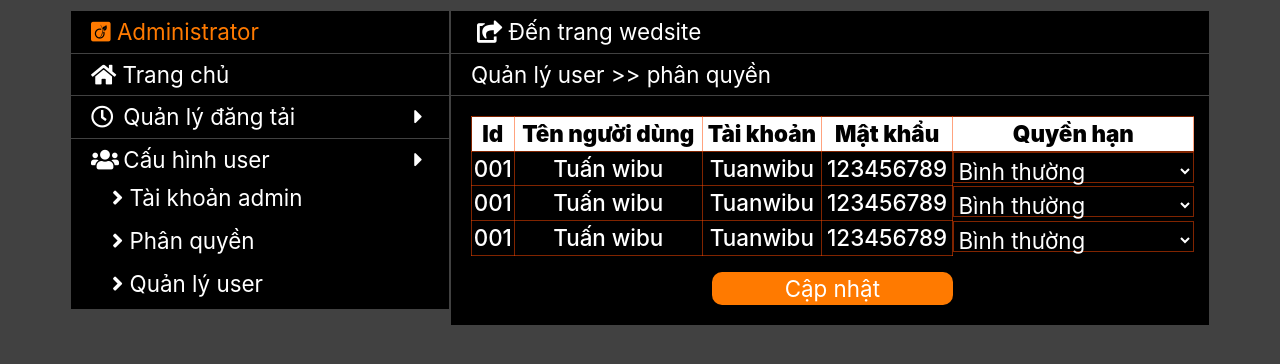
Repository: SonNguyen892002/Lau-Dai-Code
Page: http://localhost/wed-jdbc-1-2023/views/admin/phanquyen.jsp
The author's editor kept a copy of each file at every save. The page is drawn from the files as they stood at one save, then again after the next save.
The browser window is 1280 px wide. The pictures show the whole page.
The page is served by Tomcat 9. Nobody is signed in. The application's start-up code is not run.

Above is the page before, as saved 2022-01-15 11:07:38.
Console error: TypeError: Cannot read properties of null (reading 'classList')

After the next save:
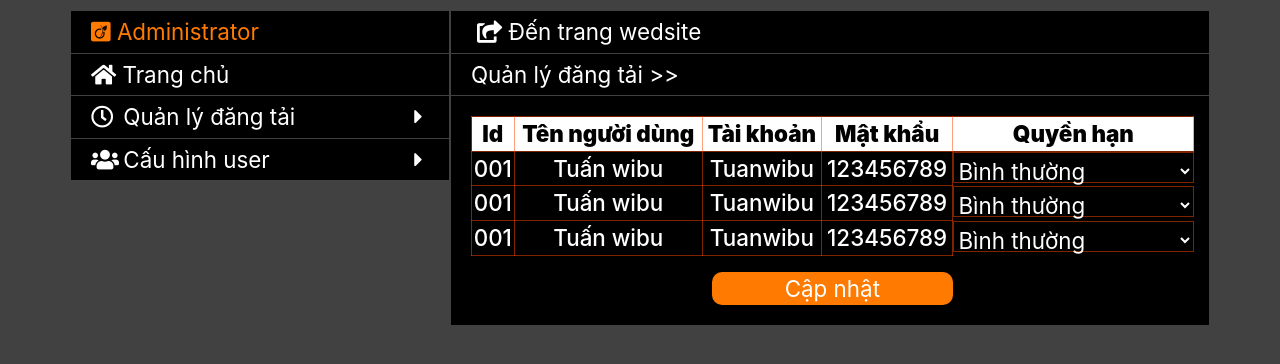
Saved 49 s later.
--- a/workspace/wed-jdbc-1-2023/src/main/webapp/views/admin/phanquyen.jsp
+++ b/workspace/wed-jdbc-1-2023/src/main/webapp/views/admin/phanquyen.jsp
@@ -59,12 +59,12 @@
 
 <script>
 	const btnA = document.querySelector('.t');
-	const btnB = document.querySelector('#menu .k');
+	document.querySelector('#menu .k').classList.add('active');
 	document.querySelector('#menu1').classList.remove('off');
 
 	btnA.innerHTML = "Quản lý user >> phân quyền";
 
-	btnB.classList.add('active');
+
 </script>
 
 <%@ include file="footer.jsp"%>

After the save that followed:
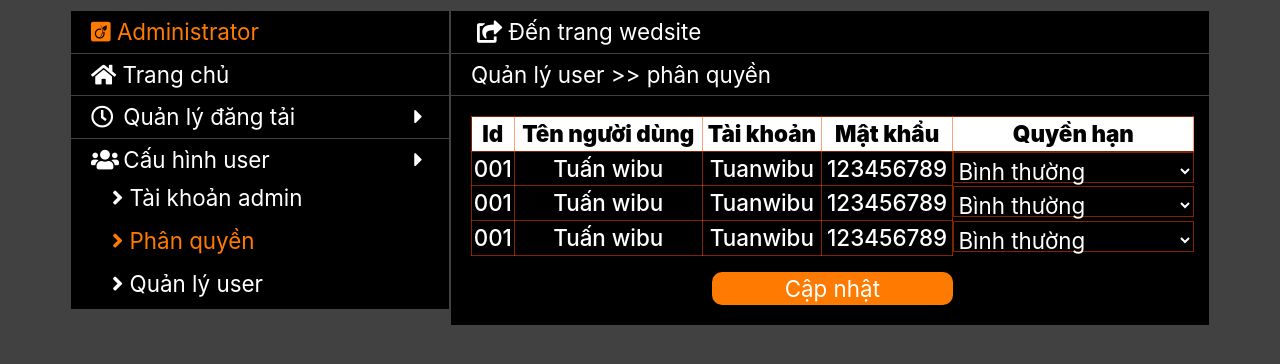
The error is gone.
Saved 11 s later.
--- a/workspace/wed-jdbc-1-2023/src/main/webapp/views/admin/phanquyen.jsp
+++ b/workspace/wed-jdbc-1-2023/src/main/webapp/views/admin/phanquyen.jsp
@@ -59,7 +59,7 @@
 
 <script>
 	const btnA = document.querySelector('.t');
-	document.querySelector('#menu .k').classList.add('active');
+	document.querySelector('#menu1 .k').classList.add('active');
 	document.querySelector('#menu1').classList.remove('off');
 
 	btnA.innerHTML = "Quản lý user >> phân quyền";
